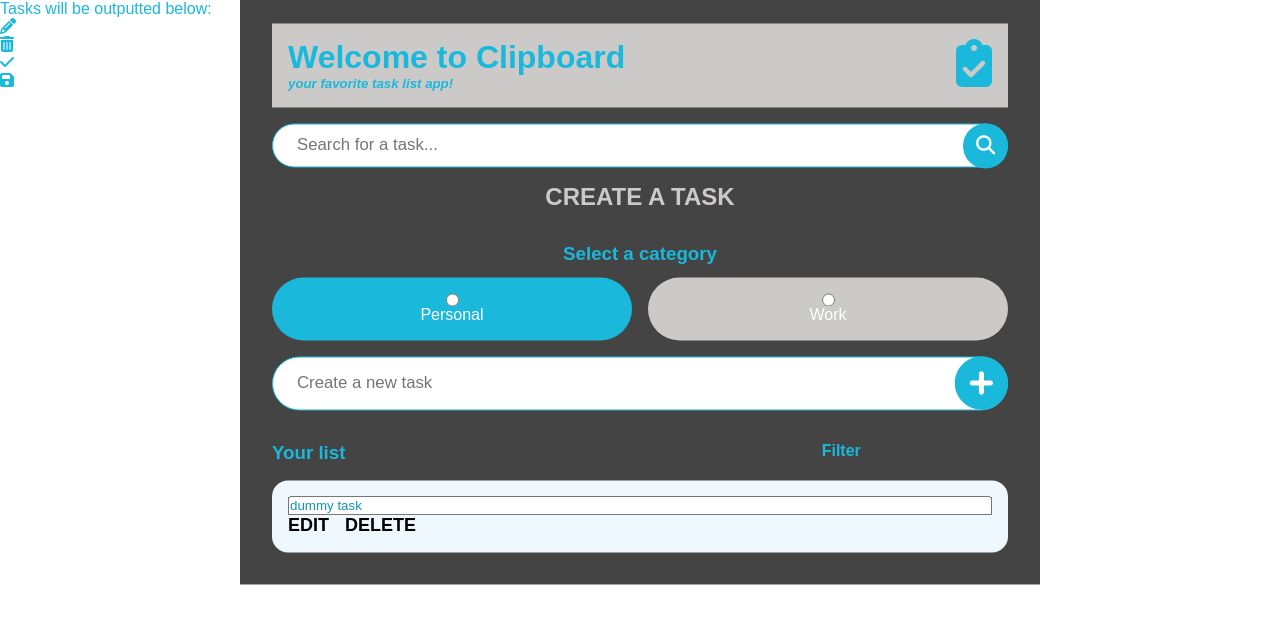
Repository: WesleyErasmus/Todo-App
Page: todoApp.html
These files come from the project's save history. The page is drawn as it stood at one moment and after the next save; the edit follows.
The browser window is 1280 px wide. The pictures show the whole page.
Some web libraries are served in a nearby version.

Above is the page before, as saved 2022-06-04 21:27:22.

### todoApp.html
<!DOCTYPE html>
<html lang="en">
<head>
    <meta charset="UTF-8">
    <meta http-equiv="X-UA-Compatible" content="IE=edge">
    <meta name="viewport" content="width=device-width, initial-scale=1.0">
    <title>Todo App</title>
    <script src="https://kit.fontawesome.com/81ea498f91.js" crossorigin="anonymous"></script>
    <link rel="stylesheet" href="/source/css/todoApp.css">
    <script src="/source/script/todoApp.js" defer></script>
</head>
<body>
    <!-- App wrapper -->
    <main class="app-wrapper">
        <!-- App header -->
        <header>
            <div>
            <h1>Welcome to Clipboard</h1>
            <h5><em>your favorite task list app!</em></h5>
            </div>
            <div id="jumbotron-logo"><i class="fa-solid fa-clipboard-check fa-3x"></i></div>
        </header>

        <div id="sub-header">
        <form id="search-bar">
        <input type="text"
        id="search-bar"
        placeholder="Search for a task...">
        <button type="submit"><i class="fa fa-search"
        id="search-submit-btn"></i></button>
        </form>

        <h2 id="create-task-heading">CREATE A TASK</h2>

        </div>

        <!-- Categories section -->
        <section>
        <form id="todo-list-form">
            <h3 class="category-heading">Select a category</h3>
            <div class="category-selectors">
                <!-- Personal category (make to assign as default, unless user selects work category) -->
                <label id="personal-label-btn">
                    <input type="radio" name="category" value="Personal" id="personal-category" />
                    <div>Personal</div>
                </label>
                <!-- Work category -->
                <label id="work-label-btn">
                    <input type="radio" name="category" value="Work" id="work-category" />
                    <div>Work</div>
                </label>
            </div> <!-- End of radio categories div -->
            <div class="create-submit">
            <input type="text" name="create-task" id="create-task" placeholder="Create a new task" />
            <button id="task-submit-btn" type="submit" value="create-new-task">
                <i class="fa-solid fa-circle-plus fa-4x"></i>
            </button>
        </div>
        </form>
        </section>

        <!-- Task list is created here, new tasks are outputted below -->
        <section class="todo-list-output">
            <div id="list-header">
            <h3>Your list</h3>
            <div><strong>Filter</strong></div>
            </div>
            <!-- Actual task list output -->
            <div class="tasks" id="tasks">

                <div class="dummy-task">

                    <div class="task-name">
                        <input type="text"
                        class="text"
                        value="dummy task"
                        readonly>
                        <div class="edit-delete">
                            <button class="edit">Edit</button>
                            <button class="delete">Delete</button>
                        </div>
                    </div>
                </div>

            </div>

        </section>

    </main> <!-- End of App wrapper -->


    <li>Tasks will be outputted below:</li>
                <li><i class="fa-solid fa-pencil"></i></li>
                <li><i class="fa fa-trash" aria-hidden="true"></i></li>
                <li><i class="fa-solid fa-check"></i></li>
                <li><i class="fa-solid fa-floppy-disk"></i></li>

</body>
</html>

### source/css/todoApp.css
/* CSS Variables */
:root {
    --background-color: #fff;
    --primary: #1AB8DB;
    --secondary: #1593AF;
    --delete: #E50000;
    --grey: #ccc9c9;
    --dark-grey: #444444;

    --shadows: 0 1px 3px rgba(0,0,0,0.12);

    /* add linear gradients */
}

/* Universal selector styling */
* {
    box-sizing: border-box;
    margin: 0;
    padding: 0;
    font-family: sans-serif;
    list-style: none;
}

/* Below will remove input and checkbox default styling */
/* input:not([type="radio"]):not([type="checkbox"]), button {
	appearance: none;
	border: none;
	outline: none;
	background: none;
	cursor: initial;
} */

button {
	appearance: none;
	border: none;
	outline: none;
	background: none;
	cursor: initial;
}

body {
    background-color: var(--background-color);
    color: var(--primary);
}

main {
    padding-top: 2rem;
    background-color: var(--dark-grey);
    padding-left: 2rem;
    padding-right: 2rem;
    flex: 1 1 0%;
    align-items: center;
    justify-content: center;
    max-width: 800px;
    width: 100%;
    position: absolute;
    top: 40%;
    left: 50%;
    margin-right: -50%;
    transform: translate(-50%, -50%)
}

section {
    margin-top: 2rem;
    margin-bottom: 2rem;
}

header {
    display: flex;
    justify-content: space-between;
    padding: 1rem;
    background-color: var(--grey);
}

#search-bar {
    display: flex;
    position: relative;
    justify-content: center;
    align-items: center;
}

#search-bar input{
	display: block;
	width: 100%;
	font-size: 1.05rem;
	padding: 0.70rem 1.5rem;
    padding-right: 0rem;
	color: var(--dark-grey);
	background-color: var(--background-color);
    border: 0.1px solid var(--primary);
    border-radius: 9999px;
}

#search-submit-btn {
    position: absolute;
    display: block;
    right: 0rem;
    top: 0;
    background-color: var(--primary);
    border-radius: 50%;
    padding: 0.8rem;
    color: #fff;
    /* border: none; */
    /* color: var(--primary); */
}

/* Font-awesome search icon styling */
.fa-search {
    font-size: 1.2rem;
    color: var(--primary);
}

#sub-header {
    margin-top: 1rem;
    text-align: center;
    align-items: center;
}

#create-task {
	display: block;
	width: 100%;
	font-size: 1.05rem;
	padding: 0.99rem 1.5rem;
    padding-right: 0rem;
	color: var(--dark-grey);
	background-color: var(--background-color);
    border: 0.1px solid var(--primary);
    border-radius: 9999px;
}

#task-submit-btn{
    position: absolute;
    display: block;
    right: 0rem;
    bottom: -0.5px;
    border: none;
    background-color: transparent;
    color: var(--primary);
}

/* add gradient color to fa-logo */

#create-task-heading {
    color: var(--grey);
    margin-top: 1rem;
}

.category-heading {
    text-align: center;
    margin-bottom: 0.75rem;
}

.category-selectors {
    display: grid;
    grid-template-columns: repeat(2, 1fr);
    grid-gap: 1rem;
    margin-bottom: 1rem;
}

.category-selectors label{
    display: flex;
    flex-direction: column;
    justify-content: center;
    align-items: center;
    background-color: var(--primary);
    padding: 1rem 2rem;
    border-radius: 999999px;
    color: #fff;
    /* margin-bottom: 1rem; */
}

#work-label-btn {
background-color: var(--grey);
}

.create-submit {
    position: relative;
    display: flex;
    justify-content: center;
    align-items: center;
    text-align: center;
    margin-top: 0.5rem;
}

.create-task {
    text-align: center;
}

#list-header {
width: 80%;
display: flex;
justify-content: space-between;
margin-bottom: 1rem;
}

.dummy-task {
    display: flex;
    justify-content: space-between;
    background-color: aliceblue;
    padding: 1rem;
    border-radius: 1rem;
    margin-bottom: 1rem;
}

.dummy-task .task-name {
    flex: 1 1 0%;
}

.dummy-task .task-name .text {
    color: #1593AF;
    width: 100%;
    display: block;
    transition: 0.4s;
}

.dummy-task .edit-delete {
    display: flex;
    margin: 0 -0.5rem;

}

.dummy-task .edit-delete button {
    cursor: pointer;
    margin: 0 0.5rem;
    font-size: 1.125rem;
    font-weight: 700;
    text-transform: uppercase;
    transition: 0.4s;
}

Loaded but not shown: source/script/todoApp.js (no copy from this time; the picture is the same without it)

After the next save:
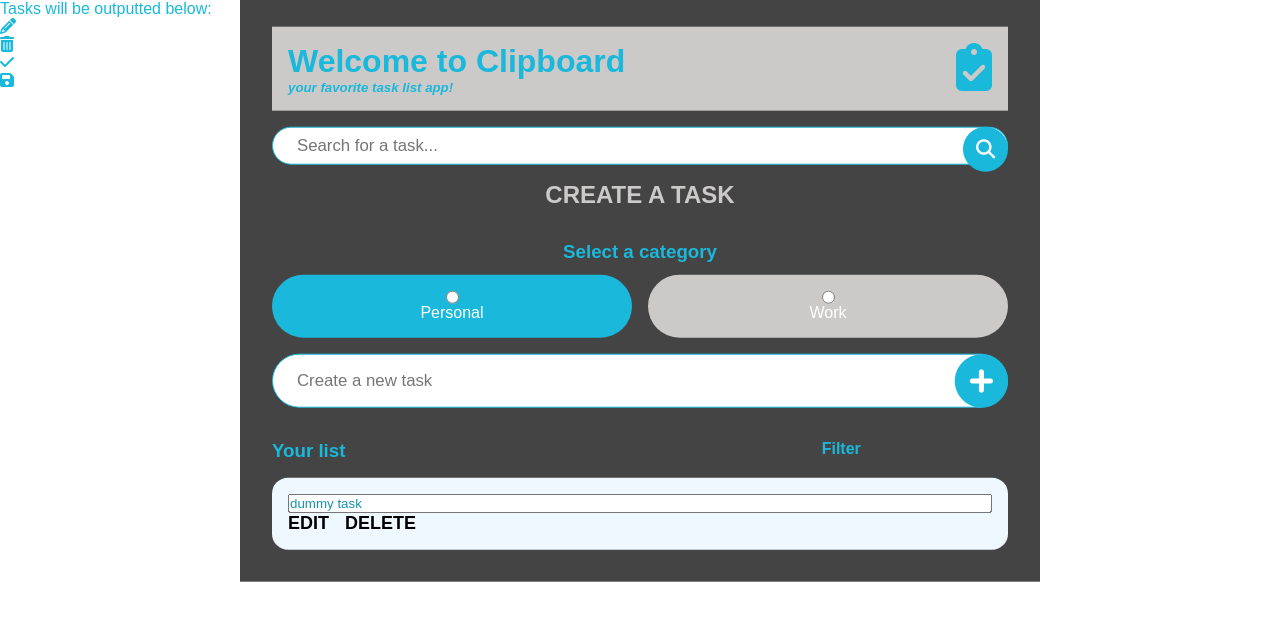
Saved 16 s later.
--- a/source/css/todoApp.css
+++ b/source/css/todoApp.css
@@ -83,7 +83,7 @@ header {
 	display: block;
 	width: 100%;
 	font-size: 1.05rem;
-	padding: 0.70rem 1.5rem;
+	padding: 0.50rem 1.5rem;
     padding-right: 0rem;
 	color: var(--dark-grey);
 	background-color: var(--background-color);
